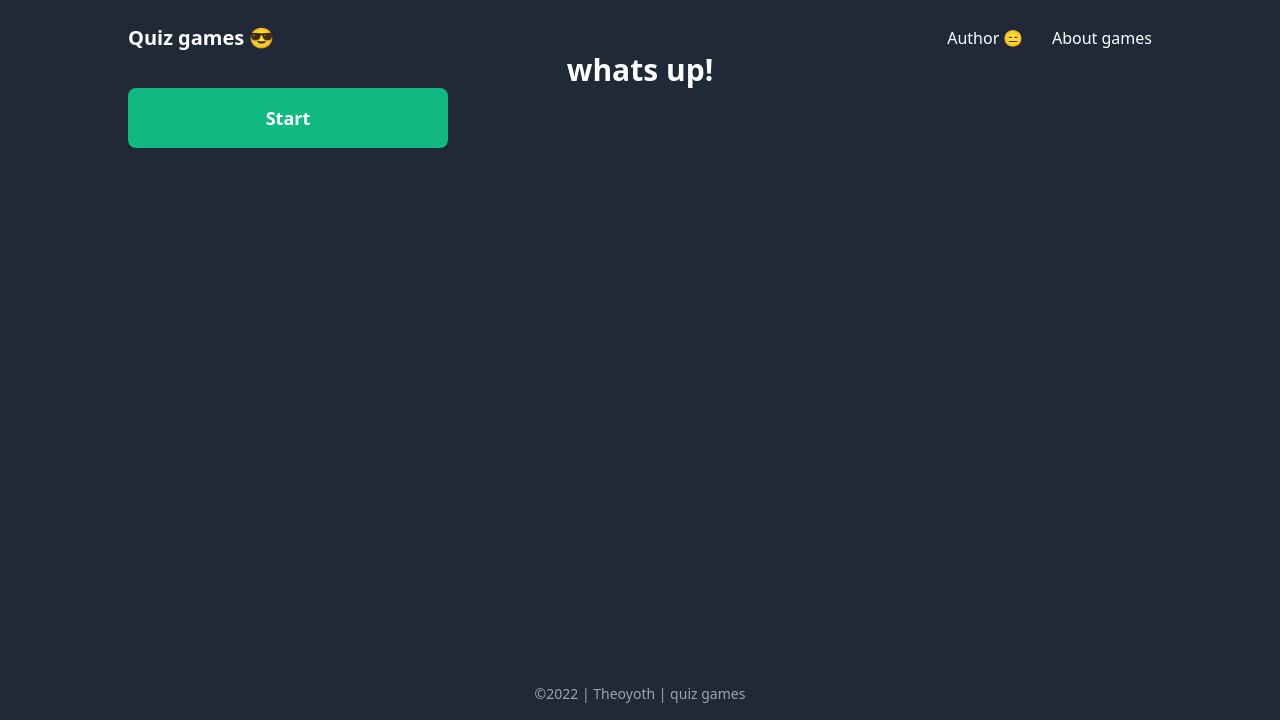
Repository: theoyoth/quiz-game
Page: /
The author's editor kept a copy of each file at every save. The page is drawn from the files as they stood at one save, then again after the next save.
The browser window is 1280 px wide. The pictures show the whole page.
The project was rebuilt for these pictures with package versions that can differ from the ones it lists, and the page was loaded fresh each time. The framework's server and built-in components were replaced by stand-ins that run in the browser. Also part of the build but not shown: nuxt.config.js, components/EndPage.vue, layouts/404.vue, layouts/error.vue, layouts/errorLayout.vue.

Above is the page before, as saved 2022-06-14 17:42:05.

After the next save:
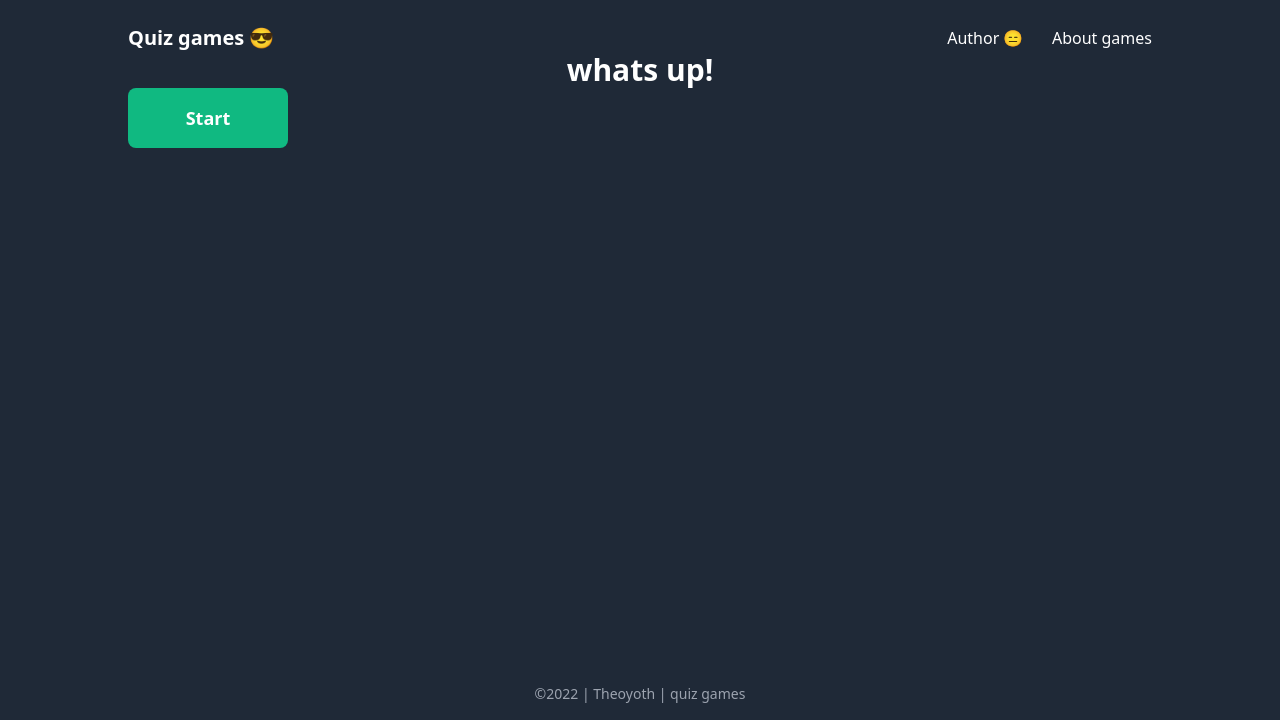
Saved 6 s later.
--- a/pages/index.vue
+++ b/pages/index.vue
@@ -3,7 +3,7 @@
     <h1 class="text-3xl font-bold text-center">whats up!</h1>
     <div>
       <NuxtLink to="/game">
-        <div class="w-80 p-4 bg-green-500 rounded-lg text-center">
+        <div class="w-40 p-4 bg-green-500 rounded-lg text-center">
           <p class="font-semibold text-lg">Start</p>
         </div>
       </NuxtLink>
